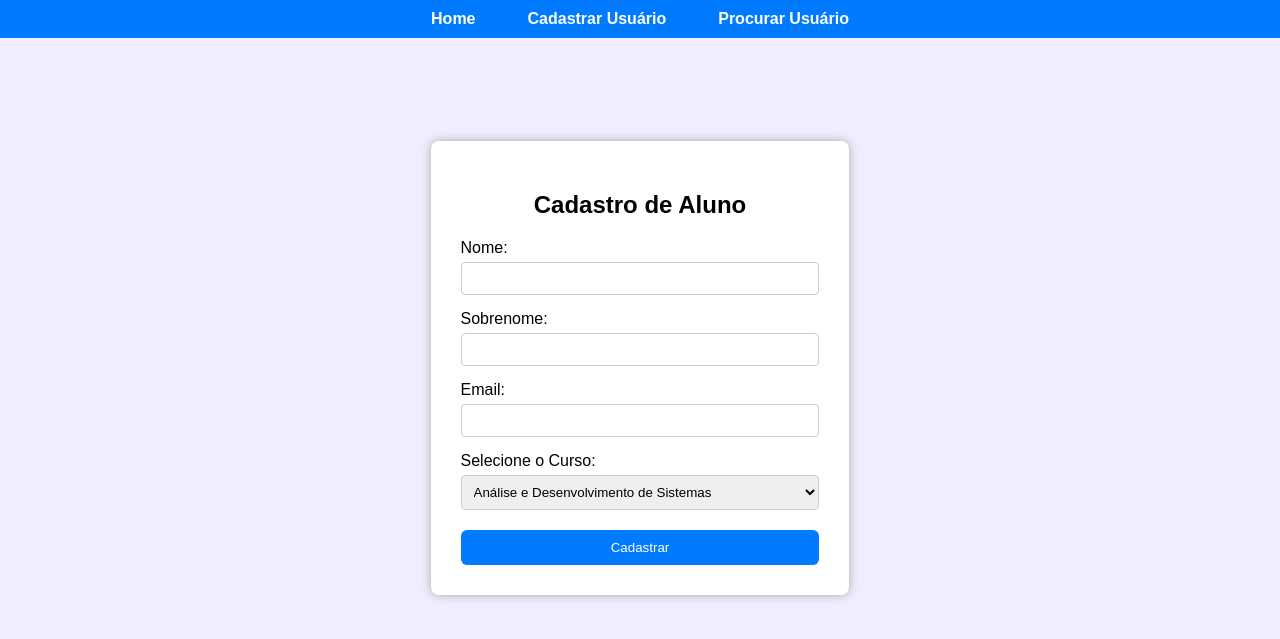
Repository: diegoeiti/Logica-Programacao
Page: http://localhost/paginas/cadastro.php
The author's editor kept a copy of each file at every save. The page is drawn from the files as they stood at one save, then again after a run of saves.
The browser window is 1280 px wide. The pictures show the whole page.
The page is run by PHP 8.4 with error messages shown; the project is at /var/www/html/.

Above is the page before, as saved 2025-10-31 08:39:45.

After the next 3 saves:
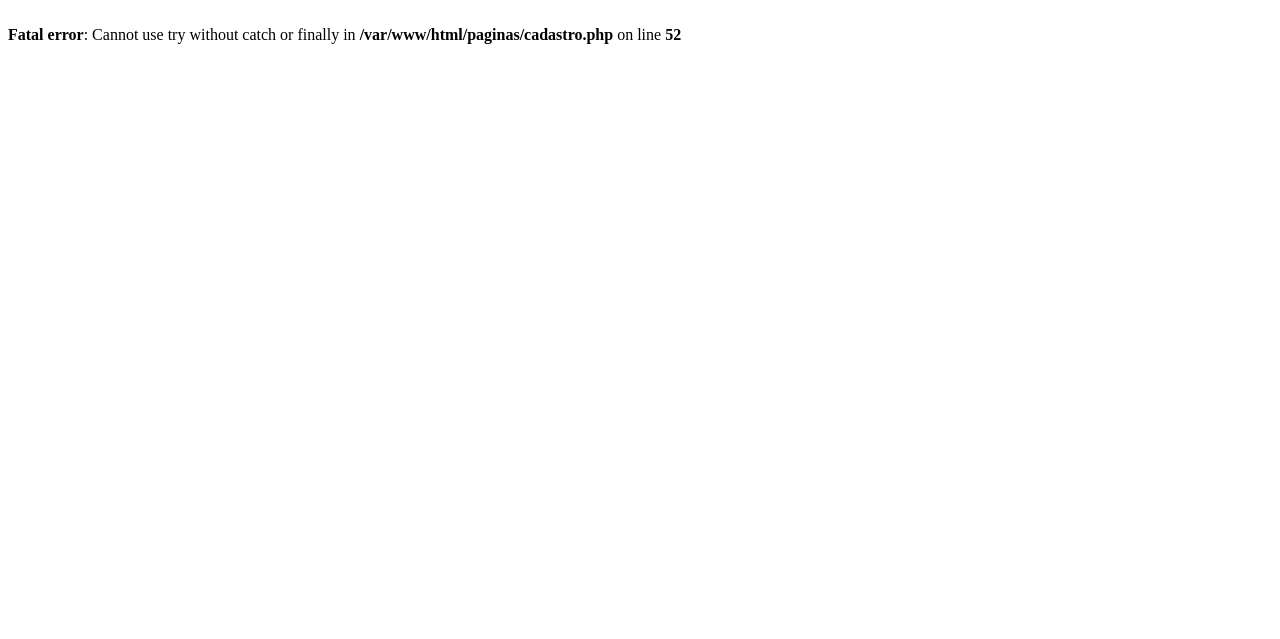
The 3 saves are shown as one change because they came seconds apart.
The last was saved 14 s later.
--- a/Modulo 3 - PHP/Aula 20 CRUDalunos/paginas/cadastro.php
+++ b/Modulo 3 - PHP/Aula 20 CRUDalunos/paginas/cadastro.php
@@ -49,6 +49,9 @@
 
     <?php
 
+        try {
+
+        }
 
         if($_SERVER["REQUEST_METHOD"] == "POST"){
             include("../conexao/conexao.php");
